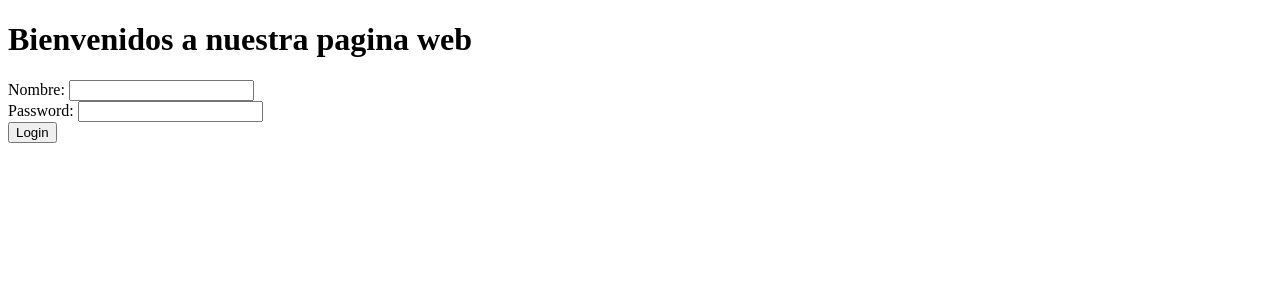
Repository: fherrerad/NocionesJava
Page: 05_Web/WebContent/inicio.html
The author's editor kept a copy of each file at every save. The page is drawn from the files as they stood at one save, then again after the next save.
The browser window is 1280 px wide. The pictures show the whole page.

Above is the page before, as saved 2019-04-24 10:51:59.

### 05_Web/WebContent/inicio.html
<!DOCTYPE html>
<html>
<head>
<meta charset="UTF-8">
<title>Insert title here</title>
</head>
<body>
	<h1>Bienvenidos a nuestra pagina web</h1>
	<form action="">
		Nombre: <input type="text" name="nombreUsuario"></input>
		<br>
		Password: <input type="text" name="passwordUsuario"></input>
		<br>
		<input type="submit" value="Login"></input>
	</form>
</body>
</html>

After the next save:
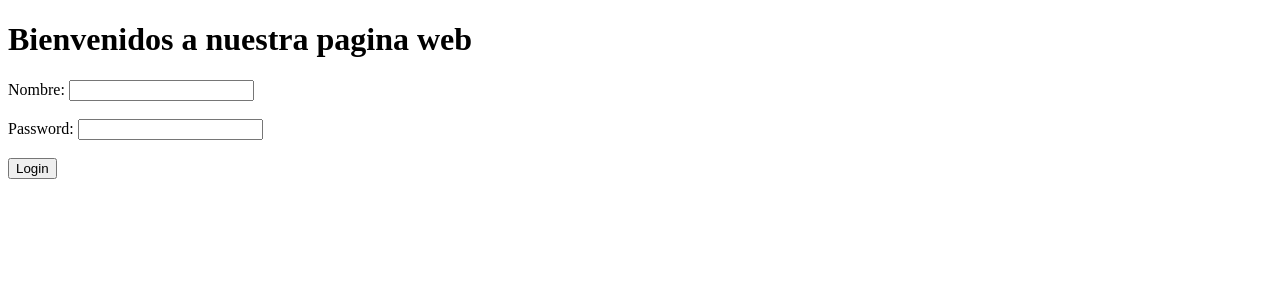
Saved 37 s later.
--- a/05_Web/WebContent/inicio.html
+++ b/05_Web/WebContent/inicio.html
@@ -8,9 +8,9 @@
 	<h1>Bienvenidos a nuestra pagina web</h1>
 	<form action="">
 		Nombre: <input type="text" name="nombreUsuario"></input>
-		<br>
+		<br/><br/>
 		Password: <input type="text" name="passwordUsuario"></input>
-		<br>
+		<br/><br/>
 		<input type="submit" value="Login"></input>
 	</form>
 </body>
